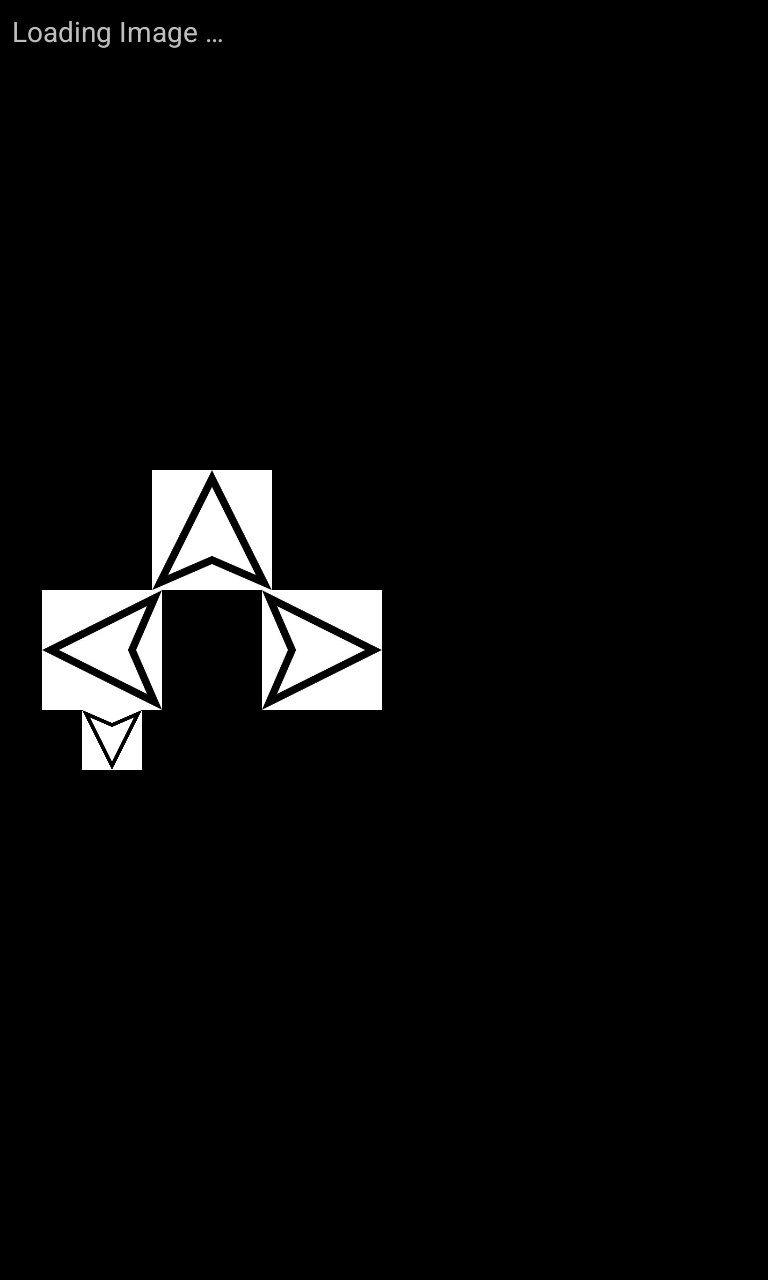
Repository: mintuhouse/AndroidBasedTennisBallCollector_group14_cs308_2012
Layout: android/RemoteTennisBallCollector/res/layout/main.xml
The author's editor kept a copy of each file at every save. The layout is drawn from the files as they stood at one save, then again after the next save.
It is drawn on a 768 x 1280 px phone screen (xhdpi) without system bars, with theme android:Theme; the app's code is not run.

Above is the layout before, as saved 2012-04-07 14:53:00.

After the next save:
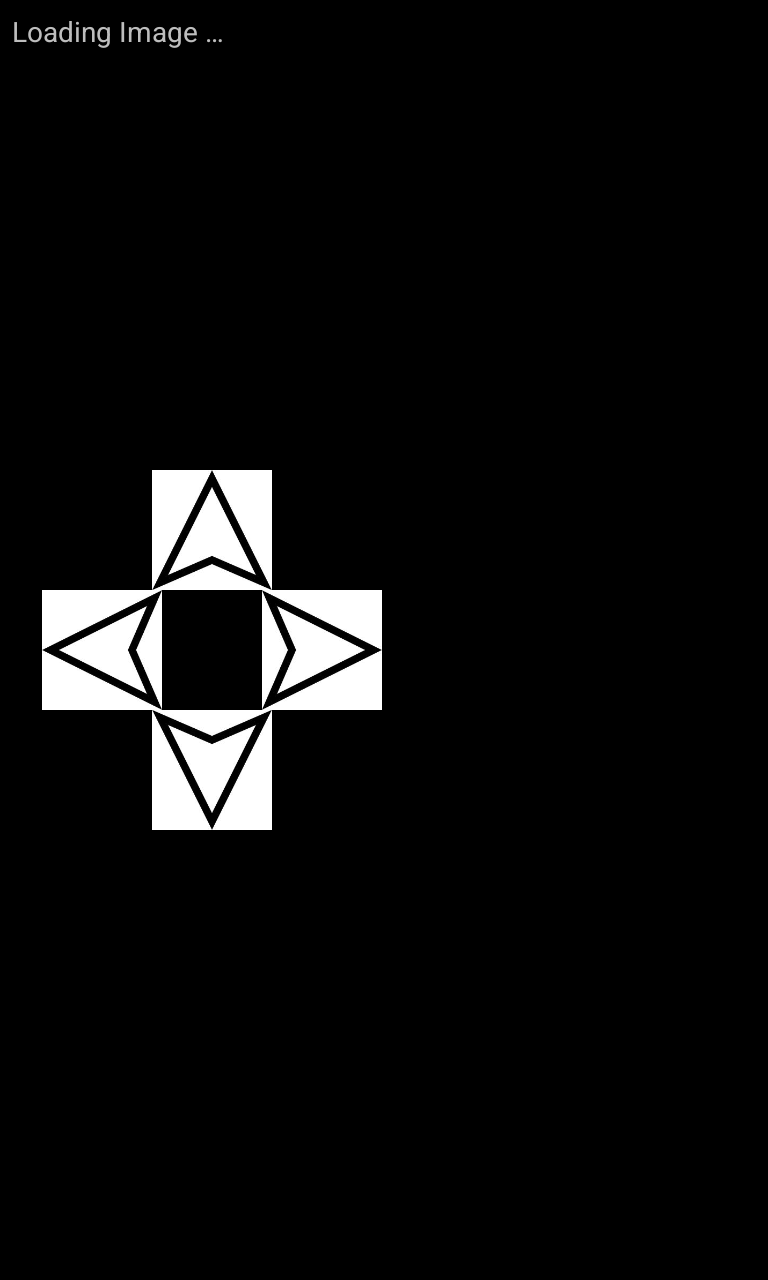
Saved 11 s later.
--- a/android/RemoteTennisBallCollector/res/layout/main.xml
+++ b/android/RemoteTennisBallCollector/res/layout/main.xml
@@ -69,9 +69,9 @@
         <ImageButton
        	   	android:id="@+id/downbutton"
        	   	android:contentDescription="@string/downarrow"
-       	 	android:layout_width="30dp"
-       	 	android:layout_height="30dp"
-       	 	android:layout_marginLeft="35dp"
+       	 	android:layout_width="60dp"
+       	 	android:layout_height="60dp"
+       	 	android:layout_marginLeft="70dp"
        	 	android:background="@drawable/downarrow"
        	 />
     </LinearLayout>
